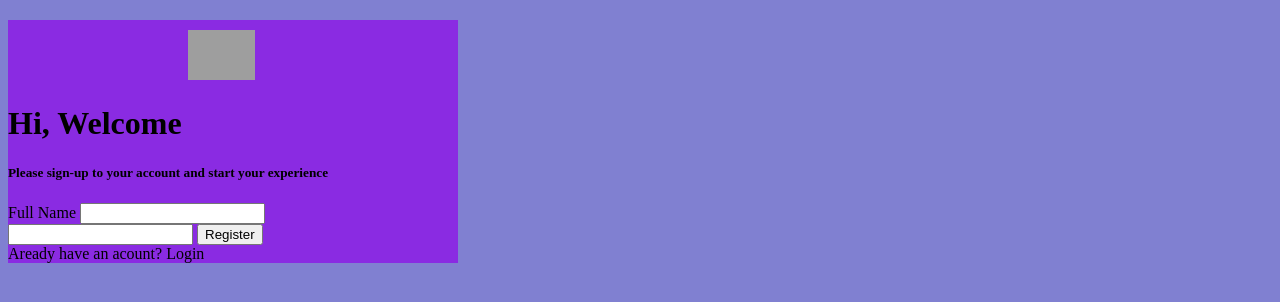
Repository: KingBoyMaylow/movie-task
Page: index.html
The author's editor kept a copy of each file at every save. The page is drawn from the files as they stood at one save, then again after the next save.
The browser window is 1280 px wide. The pictures show the whole page.
Pictures or frames that could not be fetched are drawn as grey boxes.

Above is the page before, as saved 2024-05-20 08:25:11.

### index.html
<!DOCTYPE html>
<html>
<head>
    <link rel="stylesheet" href="html.css">
  <title>document</title>
</head>
<body>
    <div class="sign-up-div">
        <img src="download.png" alt="div">
        <h1>Hi, Welcome</h1>
  <h5>Please sign-up to your account and start your experience</h5>

  <form action="signup.php" method="post">
    <label for="Full Name">Full Name</label>
    <input type="text" id="Full Name" name="Full Name" required><br>

    <i class="mdi mdi-label:"></i>
    <input type="email" name="" id="email">



    <input type="submit" value="Register">
  </form>
  <span>Aready have an acount?</span> <span>Login</span>
    </div>

</form>
</body>
</html>

### html.css
body{
    background-color:  rgb(128, 128, 209);
}
.sign-up-div{
    background-color: blueviolet;
    width: 450px;
    margin-top: 20px;
}
img{
    height: 50px;
    cursor: pointer;
    margin-left: 40%;
    margin-top: 10px;
}

After the next save:
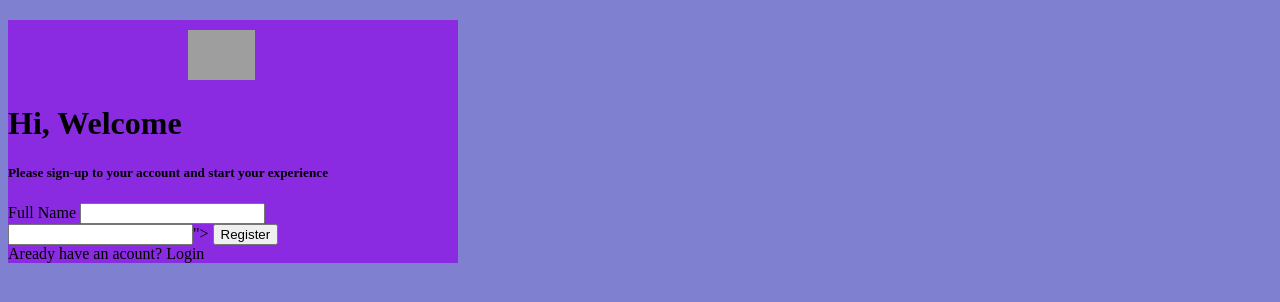
Saved 33 s later.
--- a/index.html
+++ b/index.html
@@ -15,7 +15,7 @@
     <input type="text" id="Full Name" name="Full Name" required><br>
 
     <i class="mdi mdi-label:"></i>
-    <input type="email" name="" id="email">
+    <input type="email" name="" id="<i class="ion-email-unread"></i>">
 
 
 

After the save that followed:
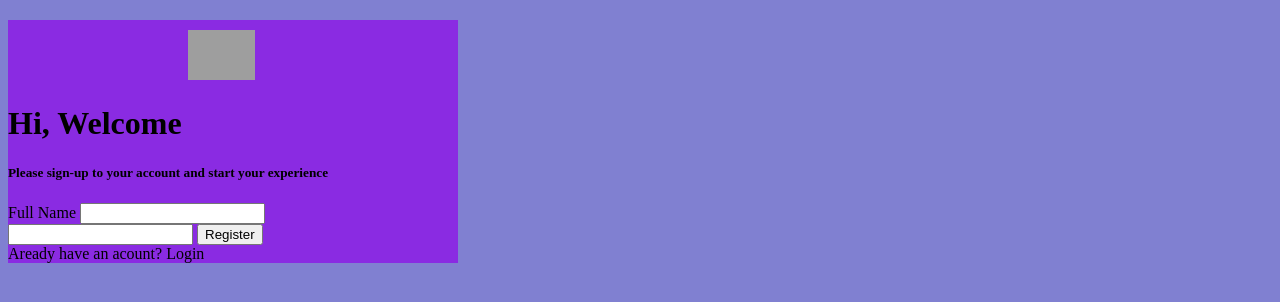
Saved 13 s later.
--- a/index.html
+++ b/index.html
@@ -15,7 +15,7 @@
     <input type="text" id="Full Name" name="Full Name" required><br>
 
     <i class="mdi mdi-label:"></i>
-    <input type="email" name="" id="<i class="ion-email-unread"></i>">
+    <input type="email" name="" id=">">
 
 
 
